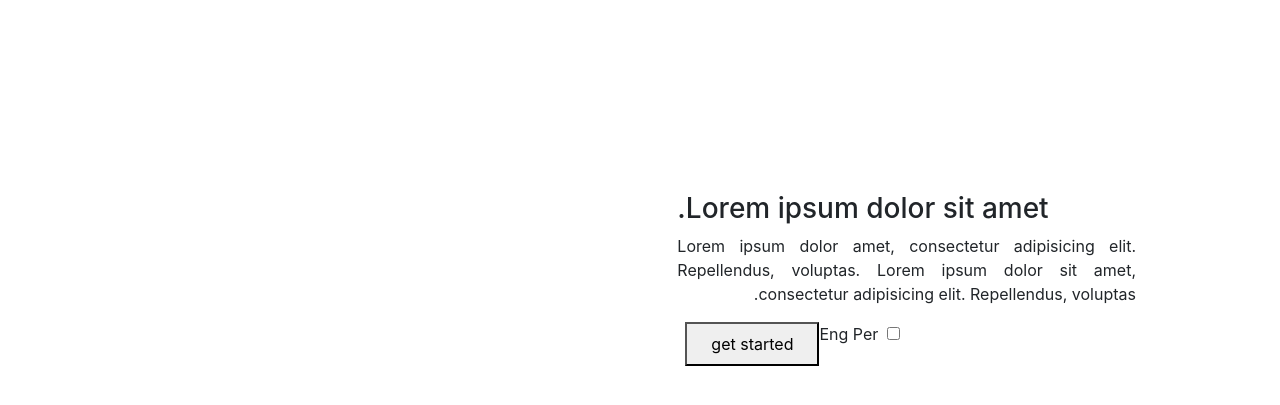
Repository: FENiki/colorlib-accounting
Page: golzar.html
These files come from the project's save history. The page is drawn as it stood at one moment and after the next save; the edit follows.
The browser window is 1280 px wide. The pictures show the whole page.

Above is the page before, as saved 2021-10-02 20:15:17.

After the next save:
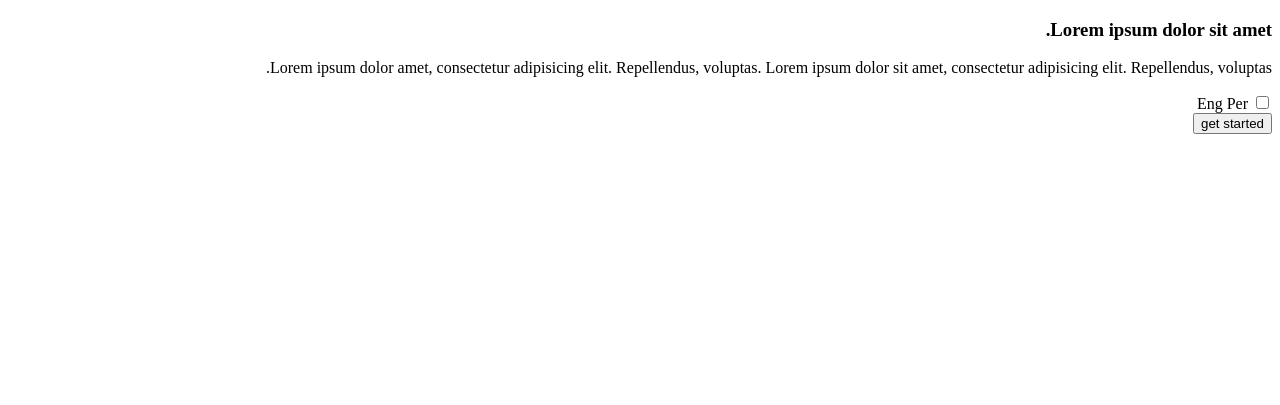
Saved 5 s later.
--- a/golzar.html
+++ b/golzar.html
@@ -9,7 +9,7 @@
     <title>colorlib</title>
 
 
-    <link rel="stylesheet" href="./assets/css/bootstrap.min.css">
+    <link rel="stylesheet" href="/">
     <!-- <link rel="stylesheet" href="/assets/css/normalize.css" /> -->
     <link rel="stylesheet" href="./assets/css/style.css" />
     <link
